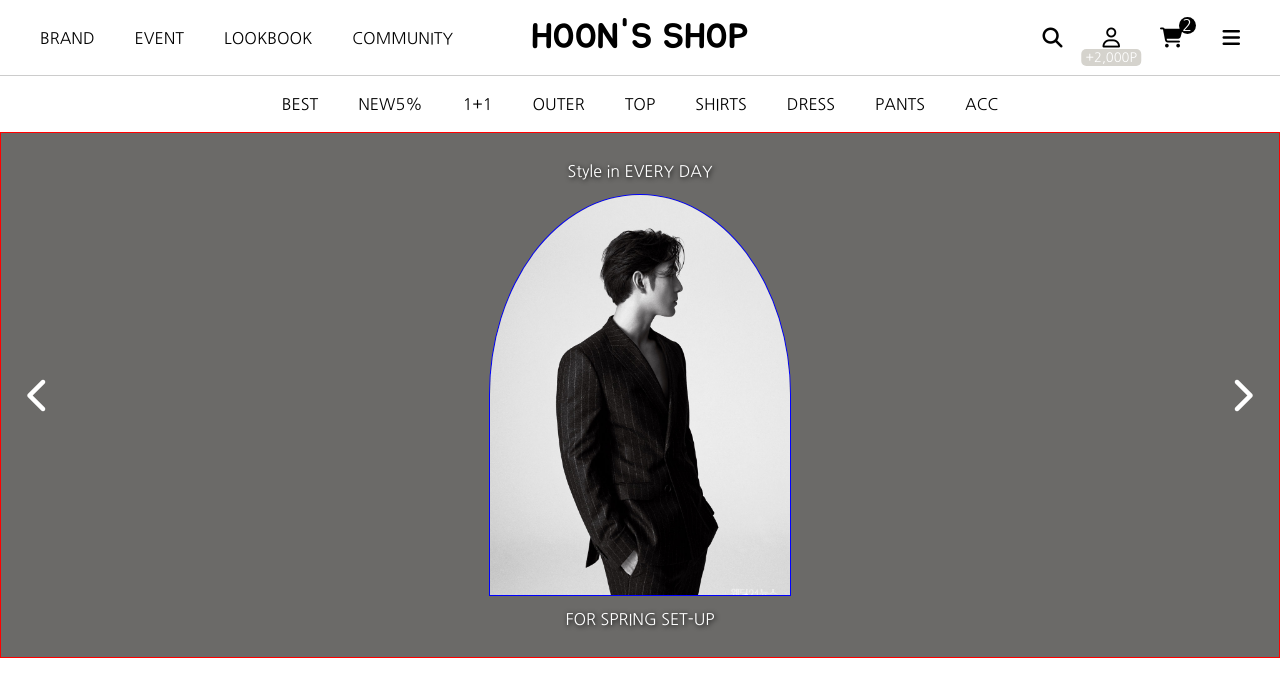
Repository: Iimchaehoon/cafeProject
Page: src/index.html
An editor plug-in stored every save of this project. The page is shown before and after the next save, followed by the edit.
The browser window is 1280 px wide. The pictures show the whole page.
Some web fonts or font styles are not loaded; a fallback is used. Some web libraries are served in a nearby version.

Above is the page before, as saved 2024-07-23 22:16:49.

### src/index.html
<!DOCTYPE html>
<html lang="en">
  <head>
    <meta charset="UTF-8" />
    <meta name="viewport" content="width=device-width, initial-scale=1.0" />
    <link rel="shortcut icon" href="/image/cafefav.png" type="image/x-icon" />
    <link rel="stylesheet" href="/src/css/style.css" />
    <title>cafe24_clone</title>
    <script
      src="https://kit.fontawesome.com/1e606f2a97.js"
      crossorigin="anonymous"
    ></script>
  </head>
  <body>
    <!--header-->
    <header class="header">
      <div class="header__top">
        <nav class="header__nav-box">
          <ul class="header__list-box">
            <li class="header__content">BRAND</li>
            <li class="header__content">EVENT</li>
            <li class="header__content">LOOKBOOK</li>
            <li class="header__content">COMMUNITY</li>
          </ul>
        </nav>
        <h1 class="header__title">HOON'S SHOP</h1>
        <ul class="header__menu">
          <li class="header__content">
            <i class="fa-solid fa-magnifying-glass fa-lg"></i>
          </li>
          <li class="header__content header__content--badge-price">
            <div class="header__price-badge"><span>+2,000P</span></div>
            <i class="fa-regular fa-user fa-lg"></i>
          </li>
          <li class="header__content header__content--badge-box">
            <div class="header__cart-badge"><span>2</span></div>
            <i class="fa-solid fa-cart-shopping fa-lg"></i>
          </li>
          <li class="header__content">
            <i class="fa-solid fa-bars fa-lg"></i>
          </li>
        </ul>
      </div>

      <div class="header__bottom">
        <ul class="header__category">
          <li class="header__content">BEST</li>
          <li class="header__content">NEW5%</li>
          <li class="header__content">1+1</li>
          <li class="header__content">OUTER</li>
          <li class="header__content">TOP</li>
          <li class="header__content">SHIRTS</li>
          <li class="header__content">DRESS</li>
          <li class="header__content">PANTS</li>
          <li class="header__content">ACC</li>
        </ul>
      </div>
    </header>
    <!-- main  -->
    <main class="main">
      <section class="main__slider">
        <span class="main__slider-btn"
          ><i class="fa-solid fa-chevron-left fa-xl"></i
        ></span>

        <div class="main__slider-container">
          <span class="main__slider-text">Style in EVERY DAY</span>
          <div class="main__slider-image-container">
            <img
              class="main__slider-image"
              src="/assets/main-slider.jpg"
              alt="main-slider_img"
            />
          </div>
          <span class="main__slider-text">FOR SPRING SET-UP</span>
        </div>

        <span class="main__slider-btn"
          ><i class="fa-solid fa-chevron-right fa-xl"></i
        ></span>
      </section>
    </main>
  </body>
</html>

### src/css/style.css
@import "reset.css";
@import "components/header.css";
@import url("https://fonts.googleapis.com/css2?family=Cute+Font&family=Jua&display=swap");
@import url("https://fonts.googleapis.com/css2?family=Nanum+Gothic&family=Noto+Sans+KR:wght@100..900&display=swap");
@import url("./slider.css");
body {
  font-family: "Nanum Gothic", sans-serif;
  margin: 0;
  padding: 0;
  box-sizing: border-box;
}
ul {
  margin: 0;
}

### src/css/components/header.css
.header__top {
  display: flex;
  justify-content: space-between;
  padding: 20px;
  border-bottom: 1px solid rgba(0, 0, 0, 0.2);
}
.header__nav-box {
  width: 33%;
}
.header__title {
  width: 33%;
  font-family: "Jua", sans-serif;

  font-size: 35px;
  font-weight: 500;
  text-align: center;
}

.header__list-box {
  display: flex;

  height: 100%;
  align-items: center;
}
.header__menu {
  display: flex;
  align-items: center;
  justify-content: flex-end;

  width: 33%;
}
.header__content {
  margin: 0 20px;
}
/* 아래헤더 */
.header__category {
  display: flex;
  justify-content: center;
  padding: 20px 0;
}
.header__cart-badge {
  background-color: black;
  display: flex;
  justify-content: center;
  align-items: center;
  border-radius: 100%;
  width: 13px;
  height: 13px;
  padding: 2px;
  position: absolute;
  top: -13px;
  right: -13px;
}
.header__content--badge-box {
  position: relative;
}
.header__cart-badge span {
  color: white;
}
.header__content--badge-price {
  position: relative;
}
.header__price-badge {
  background-color: #d5d3cd;
  color: white;
  display: flex;
  justify-content: center;
  align-items: center;
  font-size: 13px;
  border-radius: 5px;
  padding: 2px 4px;
  position: absolute;
  left: 50%;
  transform: translateX(-50%);
  bottom: -20px;
}

### src/css/slider.css
.main__slider {
  display: flex;
  justify-content: space-between;
  border: 1px solid red;
  align-items: center;
  padding: 30px;
  background-color: #6b6a68;
}

.main__slider-btn {
  transform: scale(1.5);
  color: white;
}

.main__slider-text {
  color: white;
  text-shadow: 1px 1px 5px black;
}

.main__slider-container {
  display: flex;
  flex-direction: column;
  align-items: center;
}
.main__slider-image-container {
  width: 300px;
  height: 400px;

  border-top-left-radius: 50%;
  border-top-right-radius: 50%;
  border: 1px solid blue;
  overflow: hidden;
  margin: 15px 0;
}
.main__slider-image {
  width: 100%;
  height: 100%;
  object-fit: cover;
}

Loaded but not shown: src/css/reset.css (common file)

After the next save:
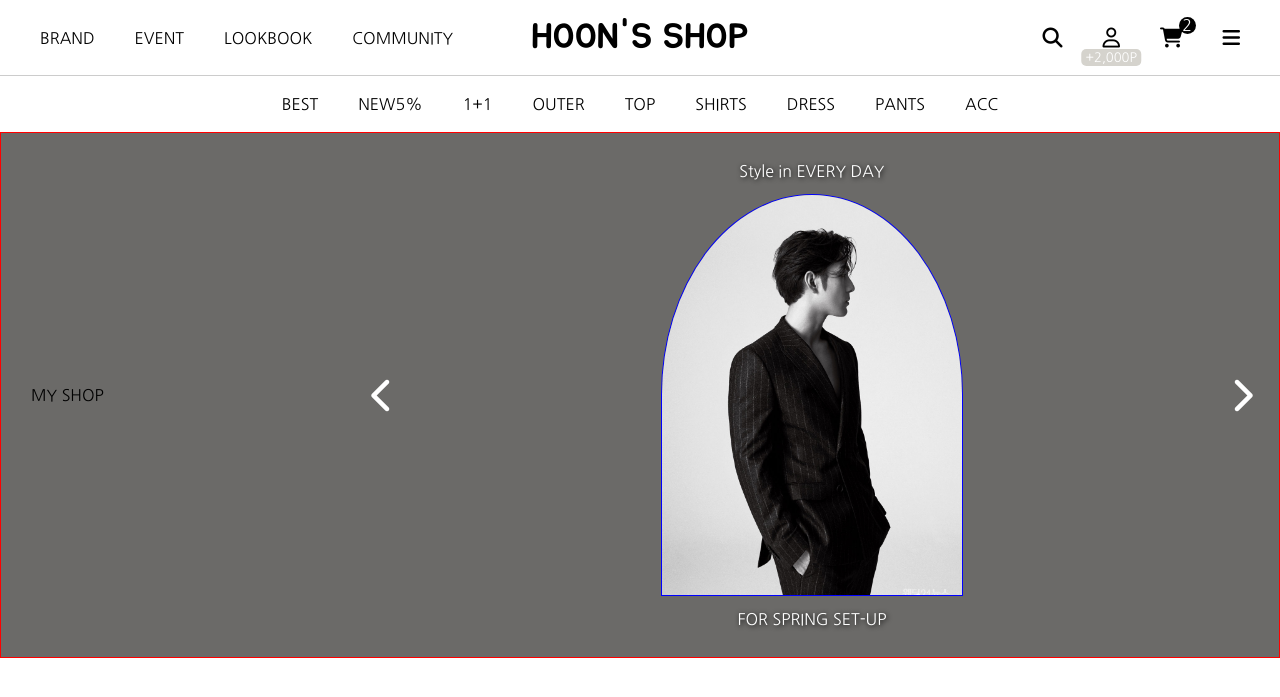
Saved 45 s later.
--- a/src/index.html
+++ b/src/index.html
@@ -59,6 +59,7 @@
     <!-- main  -->
     <main class="main">
       <section class="main__slider">
+        <h2>MY SHOP</h2>
         <span class="main__slider-btn"
           ><i class="fa-solid fa-chevron-left fa-xl"></i
         ></span>
